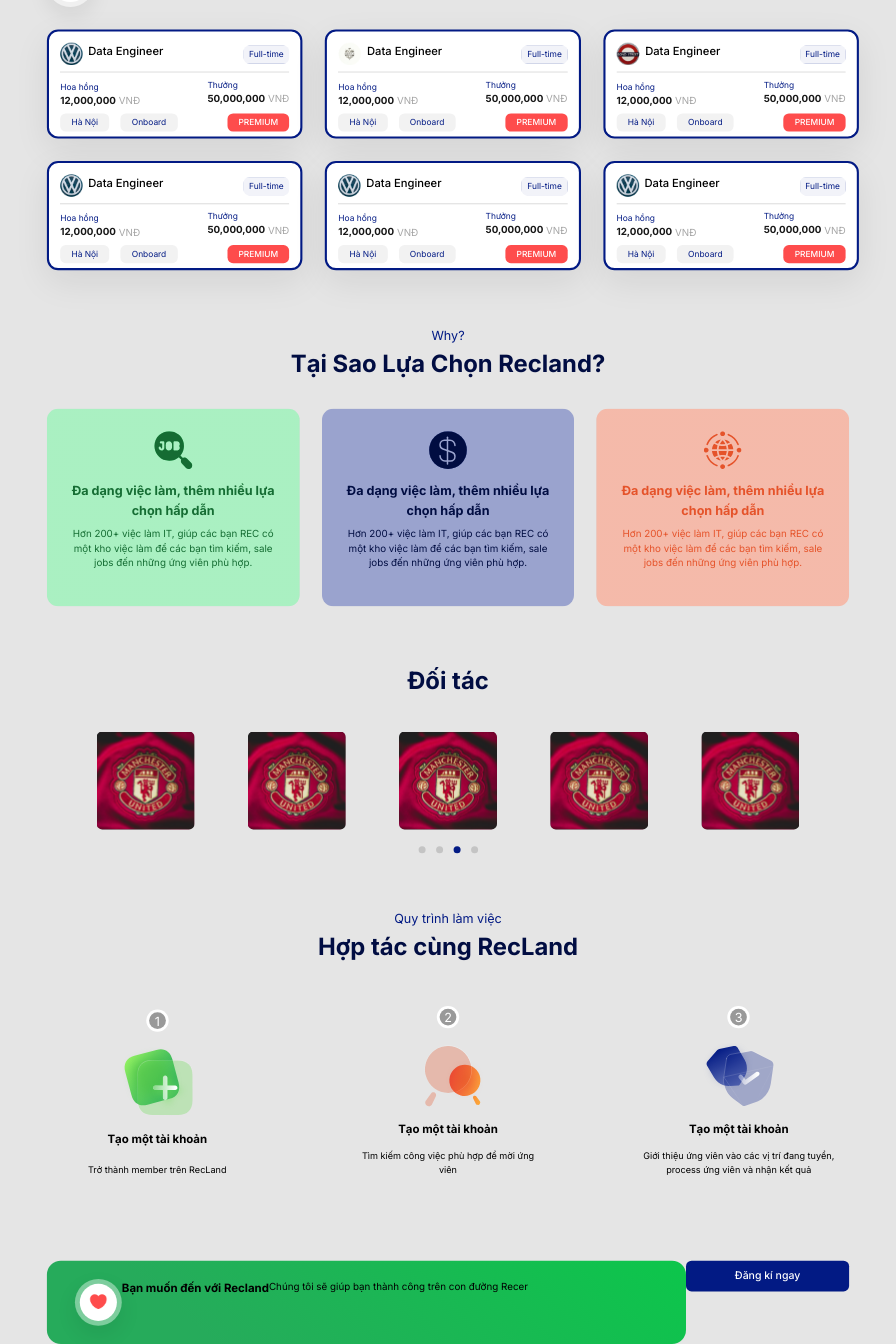
Repository: NguyenDucQuyen0507/Figma
Page: index.html
These files come from the project's save history. The page is drawn as it stood at one moment and after the next save; the edit follows.
The browser window is 1280 px wide. The pictures show the part of the page from y = 1290 to 3210 px (the page is 3210 px tall), at 70% of full size.
A picture or video elsewhere on the page could not be fetched, so the positions and the page height are approximate.

Above is the page before, as saved 2023-02-15 21:15:26.

After the next save:
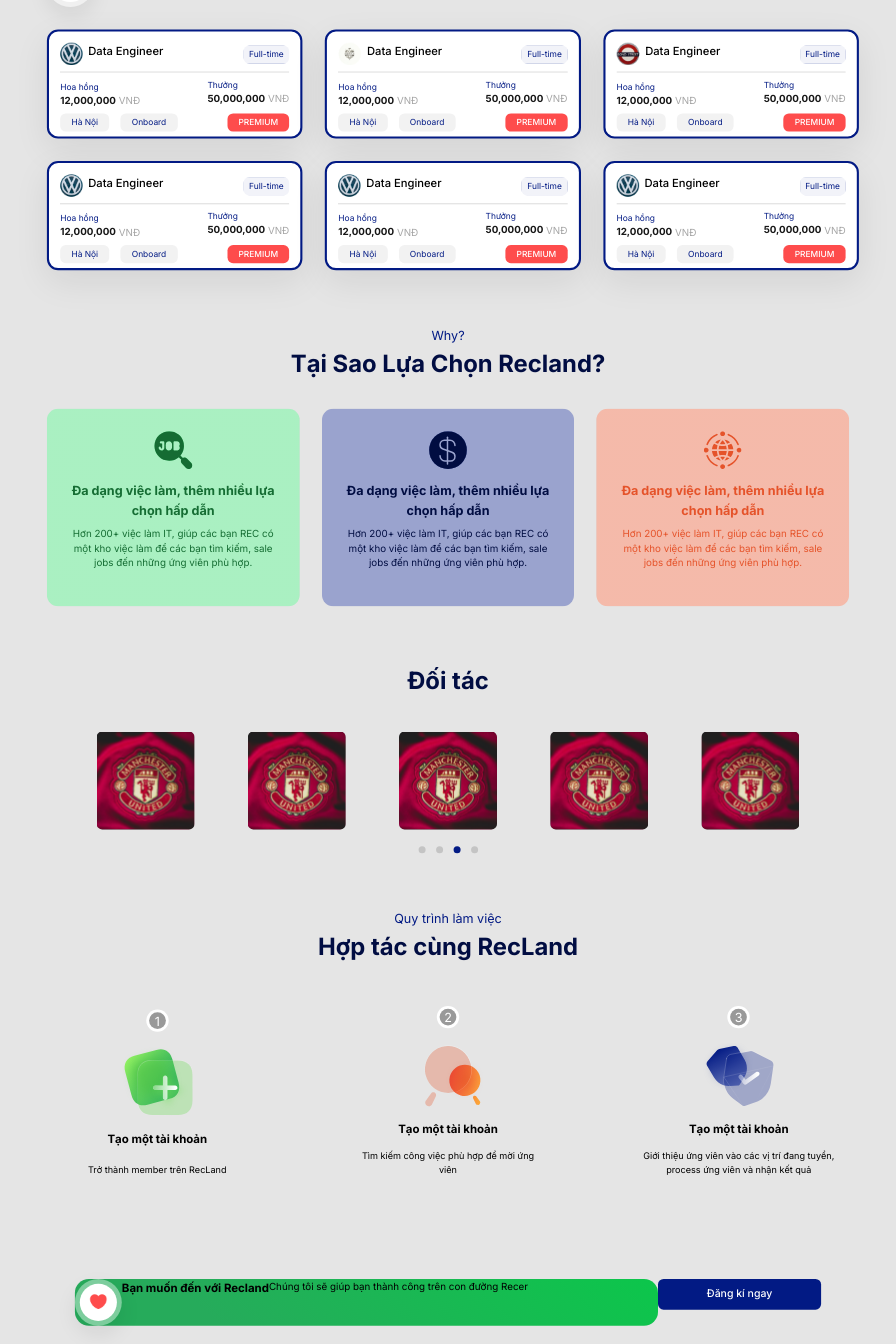
Saved 10 s later.
--- a/assets/css/style.css
+++ b/assets/css/style.css
@@ -405,13 +405,13 @@
 .job-subbaner {
   margin-top: 100px;
   display: flex;
+  padding: 26px 40px;
 }
 .job-subbanerLeft {
   display: flex;
   flex: 1;
   background: linear-gradient(220.53deg, #0cc64b 0%, #26ab5b 76.95%);
   border-radius: 20px;
-  padding: 26px 40px;
 }
 .job-subbanerRight {
   width: 233px;
